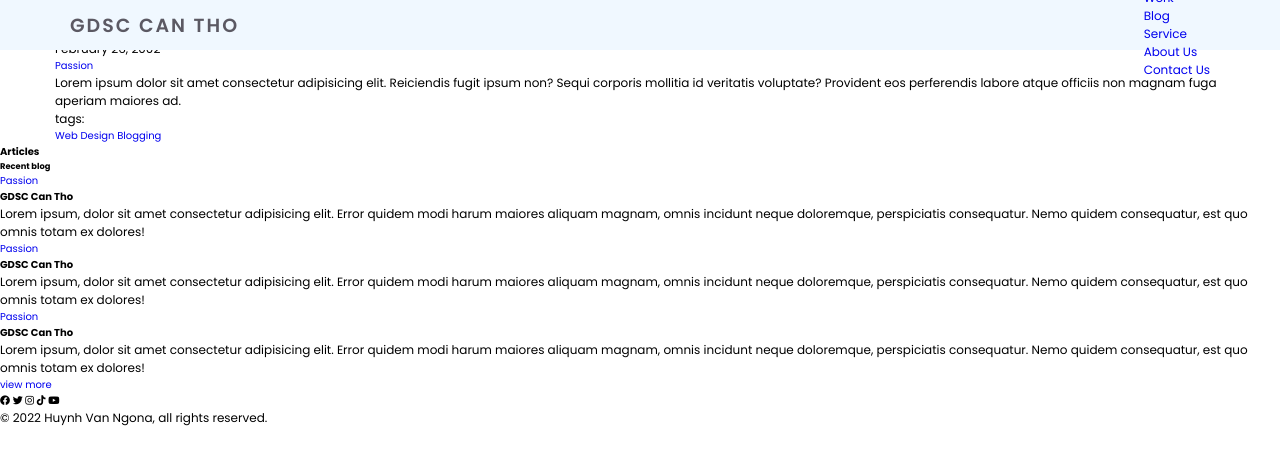
Repository: huynhvanngoan/TaskTeam5
Page: BlogPost/HTML/index.html
The author's editor kept a copy of each file at every save. The page is drawn from the files as they stood at one save, then again after a run of saves.
The browser window is 1280 px wide. The pictures show the whole page.

Above is the page before, as saved 2022-10-17 00:11:36.

### BlogPost/HTML/index.html
<!DOCTYPE html>
<html lang="en">

<head>
    <meta charset="UTF-8">
    <meta http-equiv="X-UA-Compatible" content="IE=edge">
    <meta name="viewport" content="width=device-width, initial-scale=1.0">
    <title>Blog Post</title>
    <link rel="stylesheet" href="../CSS/style.css">

    <link rel="stylesheet" href="https://cdnjs.cloudflare.com/ajax/libs/font-awesome/6.2.0/css/all.min.css"
        referrerpolicy="no-referrer" />
</head>

<body>
    <header>
        <div class="navbar container">
            <div class="logo">
                <h1>GDSC Can Tho</h1>
            </div>
            <ul class="nav-list">
                <li><a href="#">Home</a></li>
                <li><a href="#">Work</a></li>
                <li><a href="#">Blog</a></li>
                <li><a href="#">Service</a></li>
                <li><a href="#">About Us</a></li>
                <li><a href="#">Contact Us</a></li>
            </ul>
        </div>
    </header>
    <div class="container">
        <div class="hero">

        </div>
        <main>
            <h2>GDSC Can Tho </h2>
            <div class="profile-container">
                <div class="profile">
                    <div class="img-container">

                    </div>
                    <div class="text">
                        <h3>Huynh Van Ngoan</h3>
                        <p>February 26, 2002</p>
                    </div>
                    <div class="button">
                        <a href="#" class="btn">Passion</a>
                    </div>
                </div>
                <div class="content">
                    <p>Lorem ipsum dolor sit amet consectetur adipisicing elit. Reiciendis fugit ipsum non? Sequi corporis mollitia id veritatis voluptate? Provident eos perferendis labore atque officiis non magnam fuga aperiam maiores ad.</p>
                </div>
            </div>
            <div class="tags">
                <p>tags: </p>
                <a href="#">Web Design</a>
                <a href="#">Blogging</a>
            </div>
        </main>
    </div>
    <div class="articles">
        <div class="articles-heading">
            <h4>Articles</h4>
            <h5>Recent blog</h5>
        </div>
        <div class="cards-container">
            <div class="card-container one">
                <div class="img-holder">
                    <a href="#">Passion</a>
                </div>
                <div class="card-text">
                    <h4>GDSC Can Tho</h4>
                    <p>Lorem ipsum, dolor sit amet consectetur adipisicing elit. Error quidem modi harum maiores aliquam magnam, omnis incidunt neque doloremque, perspiciatis consequatur. Nemo quidem consequatur, est quo omnis totam ex dolores!</p>
                </div>
            </div>
            <div class="card-container one">
                <div class="img-holder">
                    <a href="#">Passion</a>
                </div>
                <div class="card-text">
                    <h4>GDSC Can Tho</h4>
                    <p>Lorem ipsum, dolor sit amet consectetur adipisicing elit. Error quidem modi harum maiores aliquam magnam,
                        omnis incidunt neque doloremque, perspiciatis consequatur. Nemo quidem consequatur, est quo omnis totam ex
                        dolores!</p>
                </div>
            </div>
            <div class="card-container one">
                <div class="img-holder">
                    <a href="#">Passion</a>
                </div>
                <div class="card-text">
                    <h4>GDSC Can Tho</h4>
                    <p>Lorem ipsum, dolor sit amet consectetur adipisicing elit. Error quidem modi harum maiores aliquam magnam,
                        omnis incidunt neque doloremque, perspiciatis consequatur. Nemo quidem consequatur, est quo omnis totam ex
                        dolores!</p>
                </div>
            </div>
        </div>
        <div class="button">
            <a href="#" class="btn">view more</a>
        </div>
    </div>
    <footer>
        <div class="icons">
            <div class="social">
                <i class="fab fa-facebook"></i>
                <i class="fab fa-twitter"></i>
                <i class="fab fa-instagram"></i>
                <i class="fab fa-tiktok"></i>
                <i class="fab fa-youtube"></i>
            </div>
            <div class="copyright">
                <p>&copy; 2022 Huynh Van Ngona, all rights reserved.</p>
            </div>
        </div>
    </footer>
</body>

</html>

### BlogPost/CSS/style.css
/* Google font cdn link */
@import url('https://fonts.googleapis.com/css2?family=Poppins:ital,wght@0,100;0,200;0,300;0,400;0,500;0,600;0,700;0,800;0,900;1,100;1,200;1,300;1,400;1,500;1,600;1,700;1,800;1,900&display=swap');

* {
    margin: 0;
    padding: 0;
    box-sizing: border-box;
    font-family: 'Poppins', sans-serif;
}

html{
    font-size: 10px;
}
li{
    list-style: none;
}
a{
    text-decoration: none;
}
h1{
    font-size: 1.9rem;
}
p{
    font-size: 1.2rem;
}
header{
    width: 100%;
    height: 5em;
    background-color: aliceblue;
    position: fixed;
    top: 0;
    z-index: 333;
}
.container{
    width: 96%;
    max-width: 117rem;
    margin: 0 auto;
}
.navbar {
    width: 100%;
    height: 100%;
    display: flex;
    justify-content: space-between;
    align-items: center;
    padding: 0 1.5rem;
}
.navbar h1{
    text-transform: uppercase;
    color:#5b5963;
    font-weight: 600;
    letter-spacing: 2px;
    cursor: pointer;
}
.navber ul{
    display: flex;
    justify-content: center;
    align-items: center;
}
.navbar ul a{
    font-size: 1.2rem;

}

After the next 4 saves:
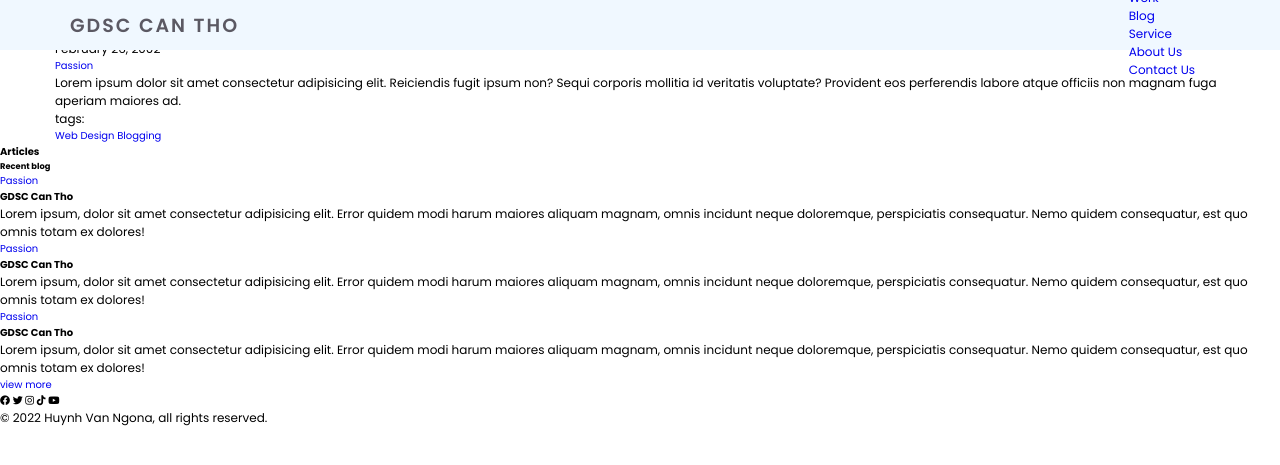
The 4 saves are shown as one change because they came seconds apart.
The last was saved 11 s later.
--- a/BlogPost/CSS/style.css
+++ b/BlogPost/CSS/style.css
@@ -58,5 +58,6 @@ header{
 }
 .navbar ul a{
     font-size: 1.2rem;
-
+    padding: 1.5rem;
+    text-transform: ;
 }
